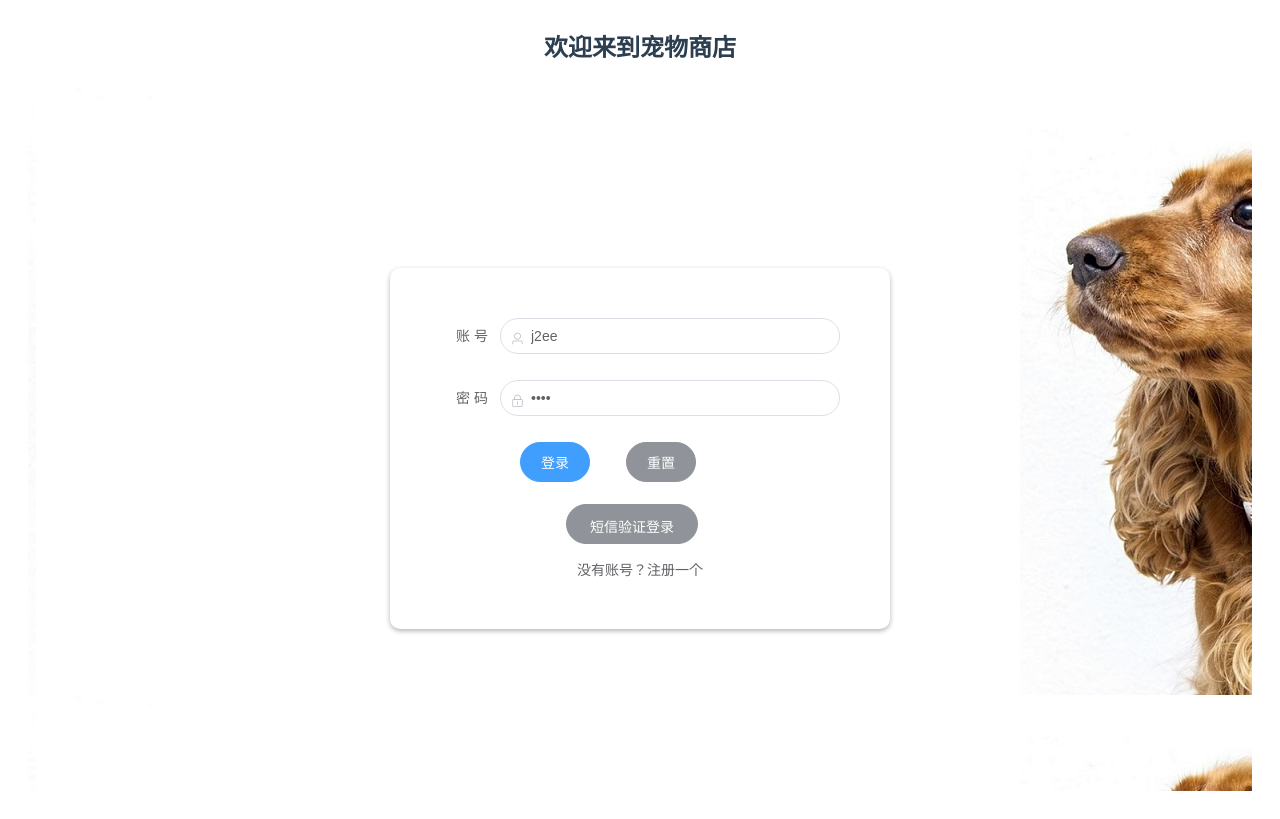
Repository: BreezeDoudou/hellovue
Page: /
An editor plug-in stored every save of this project. The page is shown before and after the next save, followed by the edit.
The browser window is 1280 px wide. The pictures show the whole page.
The project was rebuilt for these pictures with package versions that can differ from the ones it lists, and the page was loaded fresh each time. Also part of the build but not shown: src/components/appcomonents/test.vue, src/views/index.vue, src/components/appcomonents/navbar.vue, src/components/HelloWorld.vue, src/components/account/selfaccount.vue, src/components/account/editForm.vue, src/components/appcomonents/main.vue, src/components/appcomonents/productForm.vue and 4 more. Imported but missing from the stored project, and not drawn on this page: src/components/appcomonents/menu.vue.

Above is the page before, as saved 2023-05-18 23:46:07.

After the next save:
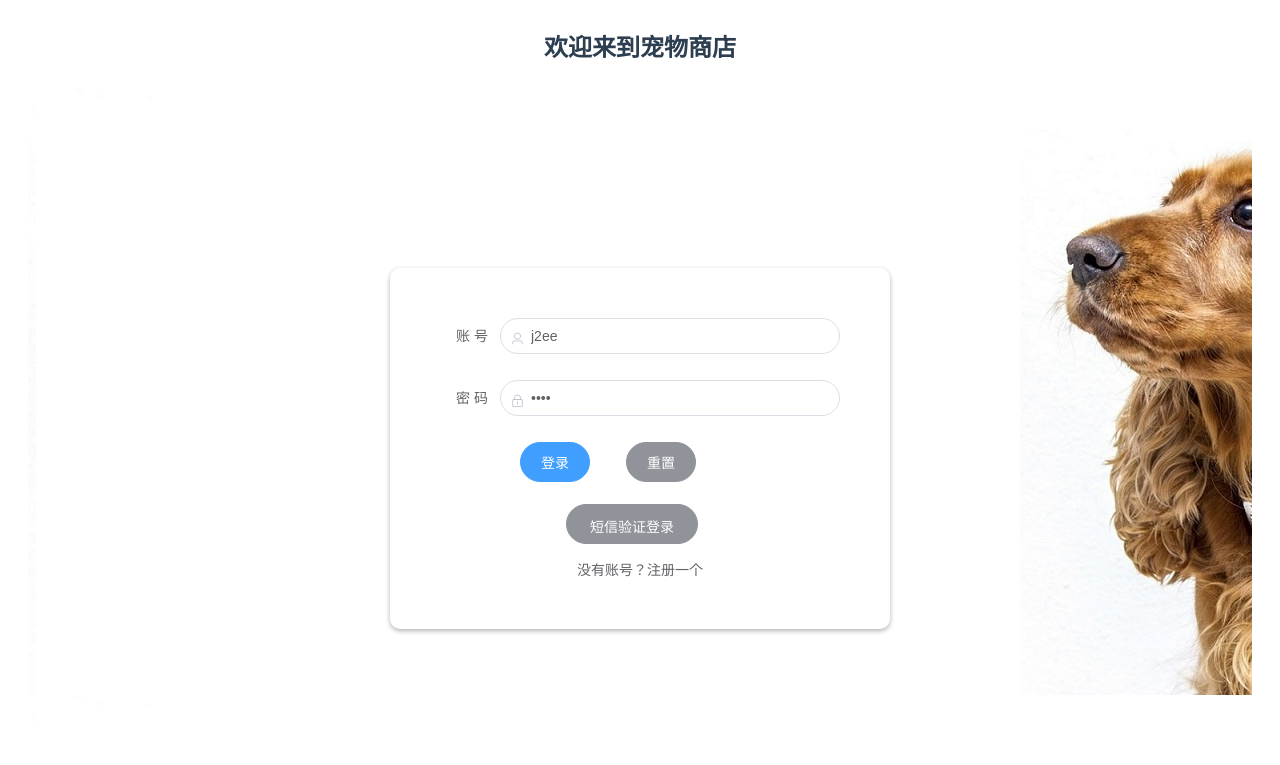
Saved 8 s later.
--- a/src/components/account/login.vue
+++ b/src/components/account/login.vue
@@ -31,10 +31,7 @@
   <br>
   <br>
   <br>
-  <br>
-  <br>
 
-  <br>
 </div>
 
 </template>
